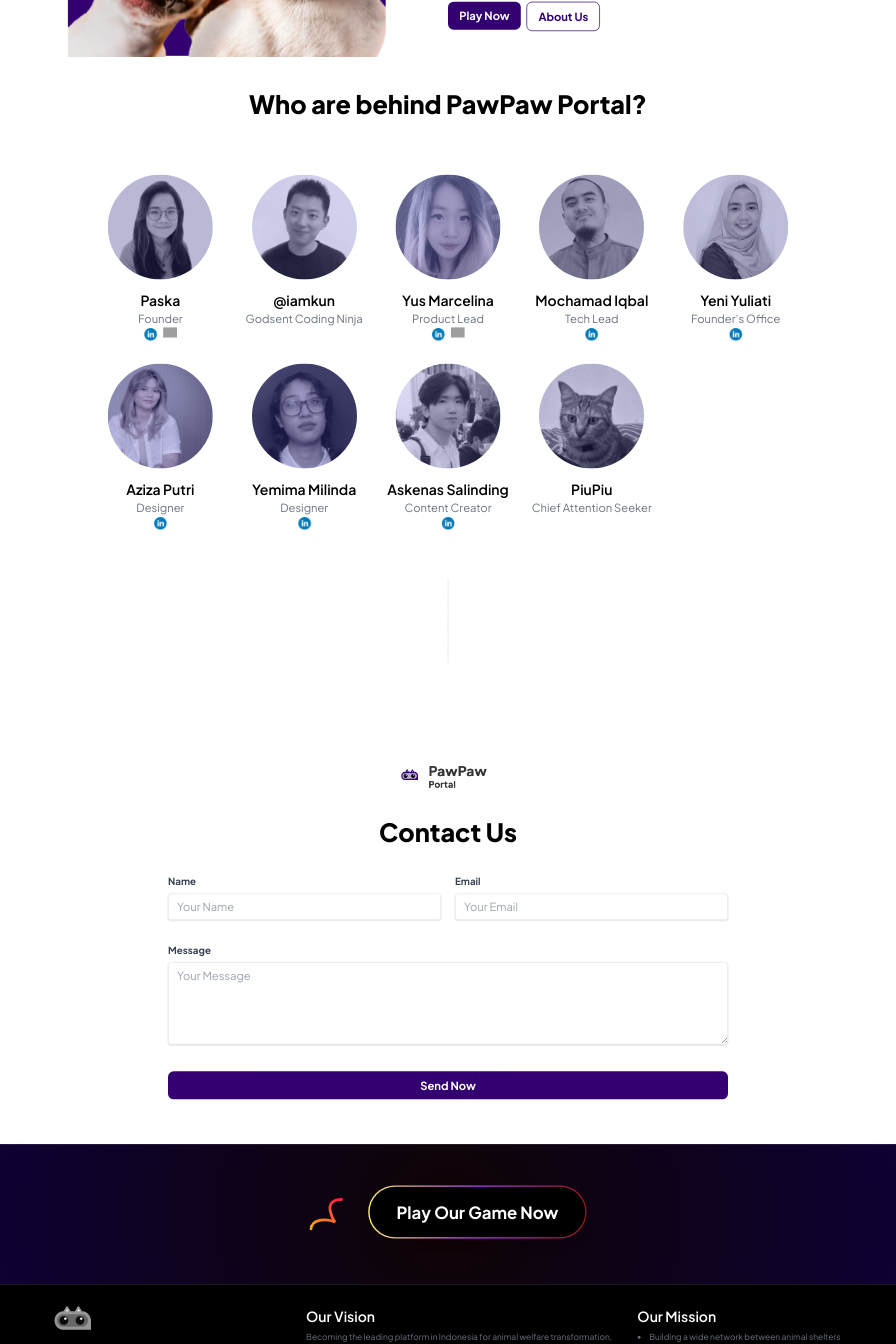
Repository: paskasiregar/pawpawwebsite
Page: /
The author's editor kept a copy of each file at every save. The page is drawn from the files as they stood at one save, then again after the next save.
The browser window is 1280 px wide. The pictures show the part of the page from y = 1538 to 3458 px (the page is 3785 px tall before and 3277 px after), at 70% of full size.
Pictures or frames that could not be fetched are drawn as grey boxes. The project was rebuilt for these pictures with package versions that can differ from the ones it lists, and the page was loaded fresh each time. The framework's server and built-in components were replaced by stand-ins that run in the browser. Also part of the build but not shown: next.config.js, next.config.mjs.

Above is the page before, as saved 2024-09-11 18:05:49.

After the next save:
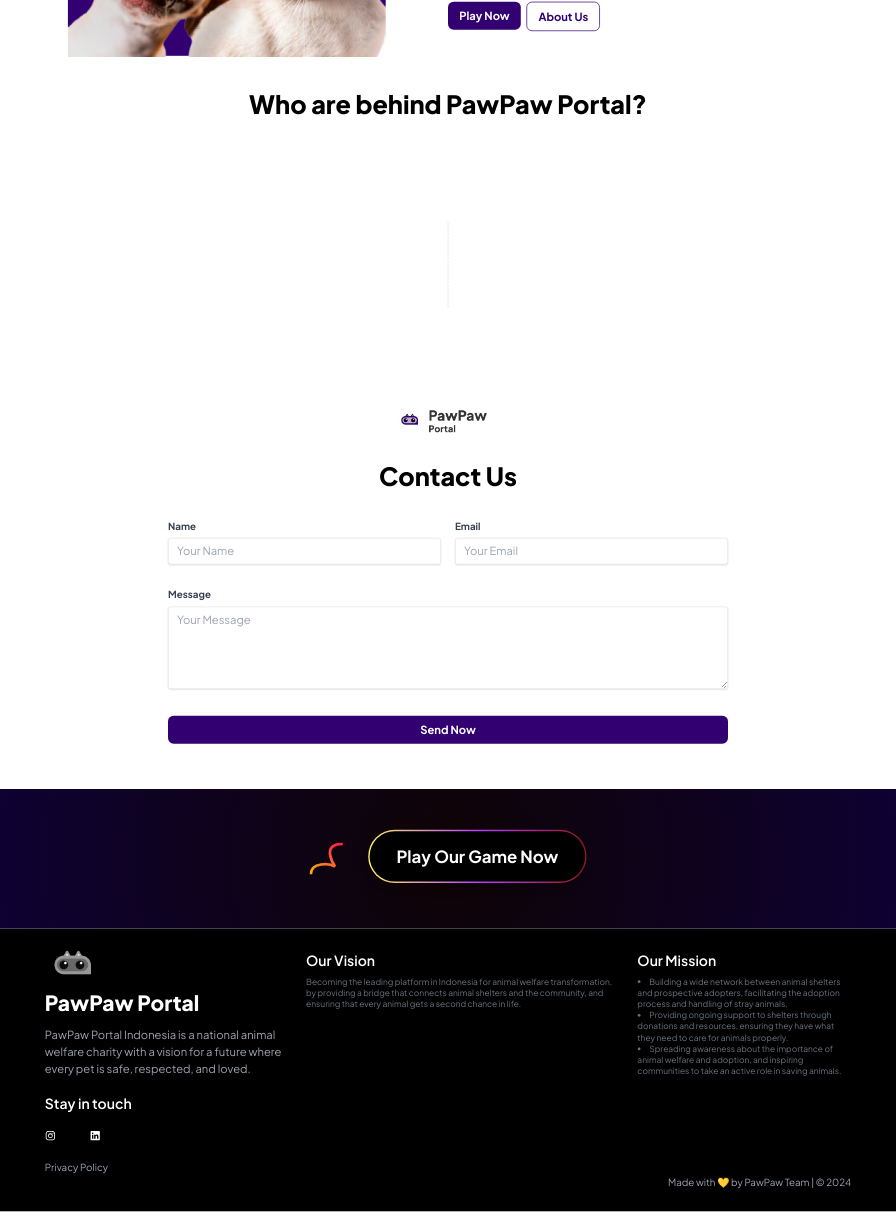
Saved 9 s later.
--- a/src/components/members.jsx
+++ b/src/components/members.jsx
@@ -7,11 +7,6 @@
 import github from "../assets/github.png";
 import website from "../assets/website.png";
 
-// const Member = ({ name, role, imageSrc, linkedinUrl, githubUrl, websiteUrl }) => {
-//   console.log("GitHub URL: ", githubUrl);
-//   console.log("LinkedIn URL: ", linkedinUrl);
-//   console.log("Website URL: ", websiteUrl);
-
 const Member = ({
   name,
   role,
@@ -20,37 +15,49 @@
   githubUrl,
   websiteUrl,
 }) => {
-  return (
-    <div className="flex flex-col items-center">
-      <Image
-        className="rounded-full object-cover"
-        alt={name}
-        src={imageSrc}
-        width={150}
-        height={150}
-        sizes="(max-width: 768px) 100px, (max-width: 1200px) 150px, 200px"
-      />
-      <div className="text-xl font-semibold mt-4">{name}</div>
-      <div className="text-gray-500">{role}</div>
-      <div className="flex gap-2">
-        {linkedinUrl && (
-          <Link href={linkedinUrl} passHref>
-            <Image src={linkedin} alt="LinkedIn" width={20} height={20} />
-          </Link>
-        )}
-        {githubUrl && (
-          <Link href={githubUrl} passHref>
-            <Image src={github} width={20} height={20} />
-          </Link>
-        )}
-        {websiteUrl && (
-          <Link href={websiteUrl} passHref>
-            <Image src={website} alt="Website" width={20} height={20} />
-          </Link>
-        )}
-      </div>
-    </div>
-  );
+  console.log("GitHub URL: ", githubUrl);
+  console.log("LinkedIn URL: ", linkedinUrl);
+  console.log("Website URL: ", websiteUrl);
+
+  // const Member = ({
+  //   name,
+  //   role,
+  //   imageSrc,
+  //   linkedinUrl,
+  //   githubUrl,
+  //   websiteUrl,
+  // }) => {
+  //   return (
+  //     <div className="flex flex-col items-center">
+  //       <Image
+  //         className="rounded-full object-cover"
+  //         alt={name}
+  //         src={imageSrc}
+  //         width={150}
+  //         height={150}
+  //         sizes="(max-width: 768px) 100px, (max-width: 1200px) 150px, 200px"
+  //       />
+  //       <div className="text-xl font-semibold mt-4">{name}</div>
+  //       <div className="text-gray-500">{role}</div>
+  //       <div className="flex gap-2">
+  //         {linkedinUrl && (
+  //           <Link href={linkedinUrl} passHref>
+  //             <Image src={linkedin} alt="LinkedIn" width={20} height={20} />
+  //           </Link>
+  //         )}
+  //         {githubUrl && (
+  //           <Link href={githubUrl} passHref>
+  //             <Image src={github} width={20} height={20} />
+  //           </Link>
+  //         )}
+  //         {websiteUrl && (
+  //           <Link href={websiteUrl} passHref>
+  //             <Image src={website} alt="Website" width={20} height={20} />
+  //           </Link>
+  //         )}
+  //       </div>
+  //     </div>
+  //   );
 };
 
 export default Member;

After the 3 saves that followed:
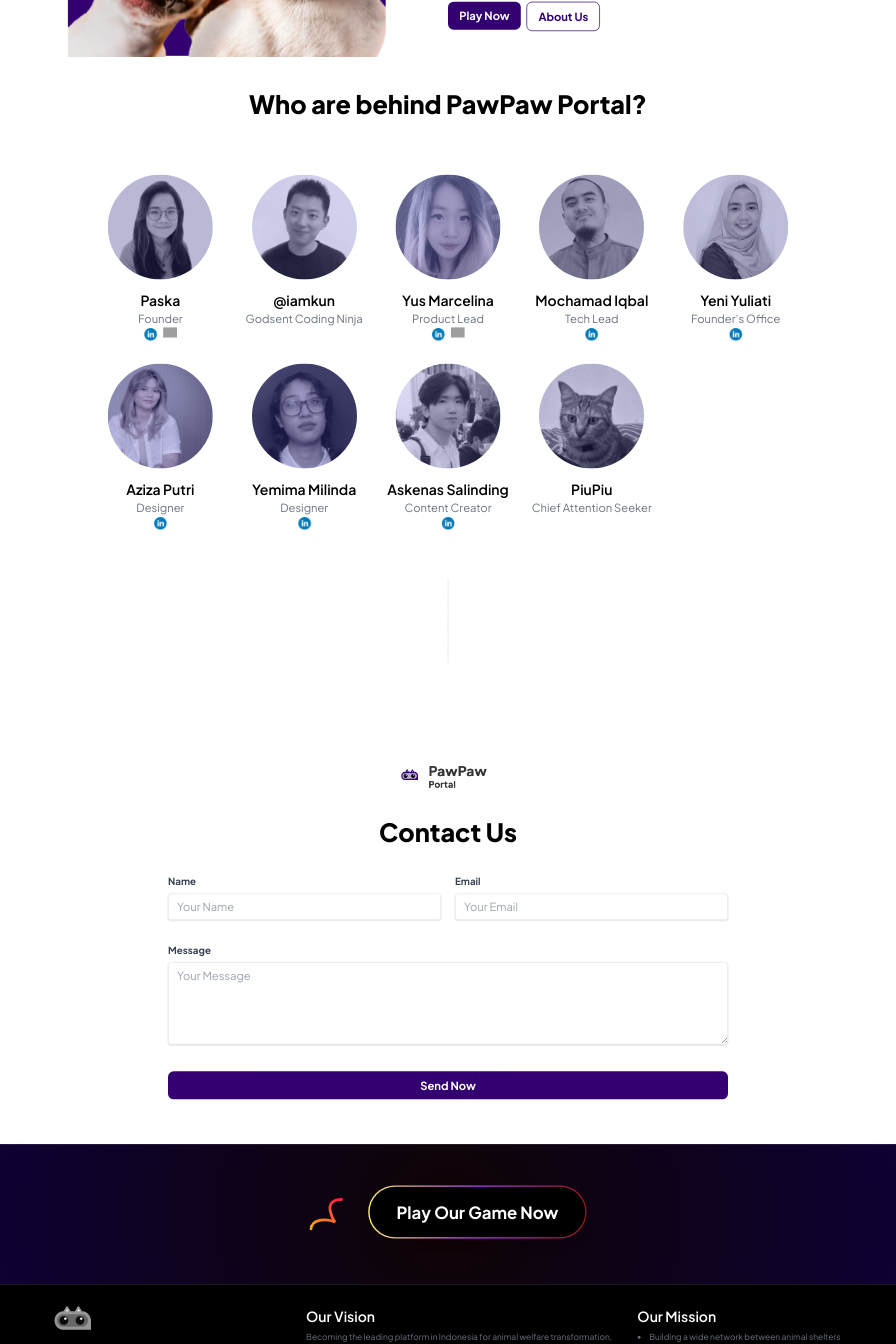
The 3 saves are shown as one change because 2 did not build or start.
The last was saved 42 s later.
--- a/src/components/members.jsx
+++ b/src/components/members.jsx
@@ -7,6 +7,11 @@
 import github from "../assets/github.png";
 import website from "../assets/website.png";
 
+// const Member = ({ name, role, imageSrc, linkedinUrl, githubUrl, websiteUrl }) => {
+//   console.log("GitHub URL: ", githubUrl);
+//   console.log("LinkedIn URL: ", linkedinUrl);
+//   console.log("Website URL: ", websiteUrl);
+
 const Member = ({
   name,
   role,
@@ -15,49 +20,43 @@
   githubUrl,
   websiteUrl,
 }) => {
-  console.log("GitHub URL: ", githubUrl);
-  console.log("LinkedIn URL: ", linkedinUrl);
-  console.log("Website URL: ", websiteUrl);
-
-  // const Member = ({
-  //   name,
-  //   role,
-  //   imageSrc,
-  //   linkedinUrl,
-  //   githubUrl,
-  //   websiteUrl,
-  // }) => {
-  //   return (
-  //     <div className="flex flex-col items-center">
-  //       <Image
-  //         className="rounded-full object-cover"
-  //         alt={name}
-  //         src={imageSrc}
-  //         width={150}
-  //         height={150}
-  //         sizes="(max-width: 768px) 100px, (max-width: 1200px) 150px, 200px"
-  //       />
-  //       <div className="text-xl font-semibold mt-4">{name}</div>
-  //       <div className="text-gray-500">{role}</div>
-  //       <div className="flex gap-2">
-  //         {linkedinUrl && (
-  //           <Link href={linkedinUrl} passHref>
-  //             <Image src={linkedin} alt="LinkedIn" width={20} height={20} />
-  //           </Link>
-  //         )}
-  //         {githubUrl && (
-  //           <Link href={githubUrl} passHref>
-  //             <Image src={github} width={20} height={20} />
-  //           </Link>
-  //         )}
-  //         {websiteUrl && (
-  //           <Link href={websiteUrl} passHref>
-  //             <Image src={website} alt="Website" width={20} height={20} />
-  //           </Link>
-  //         )}
-  //       </div>
-  //     </div>
-  //   );
+  return (
+    <div className="flex flex-col items-center">
+      <Image
+        className="rounded-full object-cover"
+        alt={name}
+        src={imageSrc}
+        width={150}
+        height={150}
+        sizes="(max-width: 768px) 100px, (max-width: 1200px) 150px, 200px"
+      />
+      <div className="text-xl font-semibold mt-4">{name}</div>
+      <div className="text-gray-500">{role}</div>
+      <div className="flex gap-2">
+        {linkedinUrl && (
+          <Link href={linkedinUrl} passHref>
+            <Image
+              src={linkedin}
+              alt="LinkedIn"
+              alt="GitHub"
+              width={20}
+              height={20}
+            />
+          </Link>
+        )}
+        {githubUrl && (
+          <Link href={githubUrl} passHref>
+            <Image src={github} width={20} height={20} />
+          </Link>
+        )}
+        {websiteUrl && (
+          <Link href={websiteUrl} passHref>
+            <Image src={website} alt="Website" width={20} height={20} />
+          </Link>
+        )}
+      </div>
+    </div>
+  );
 };
 
 export default Member;
